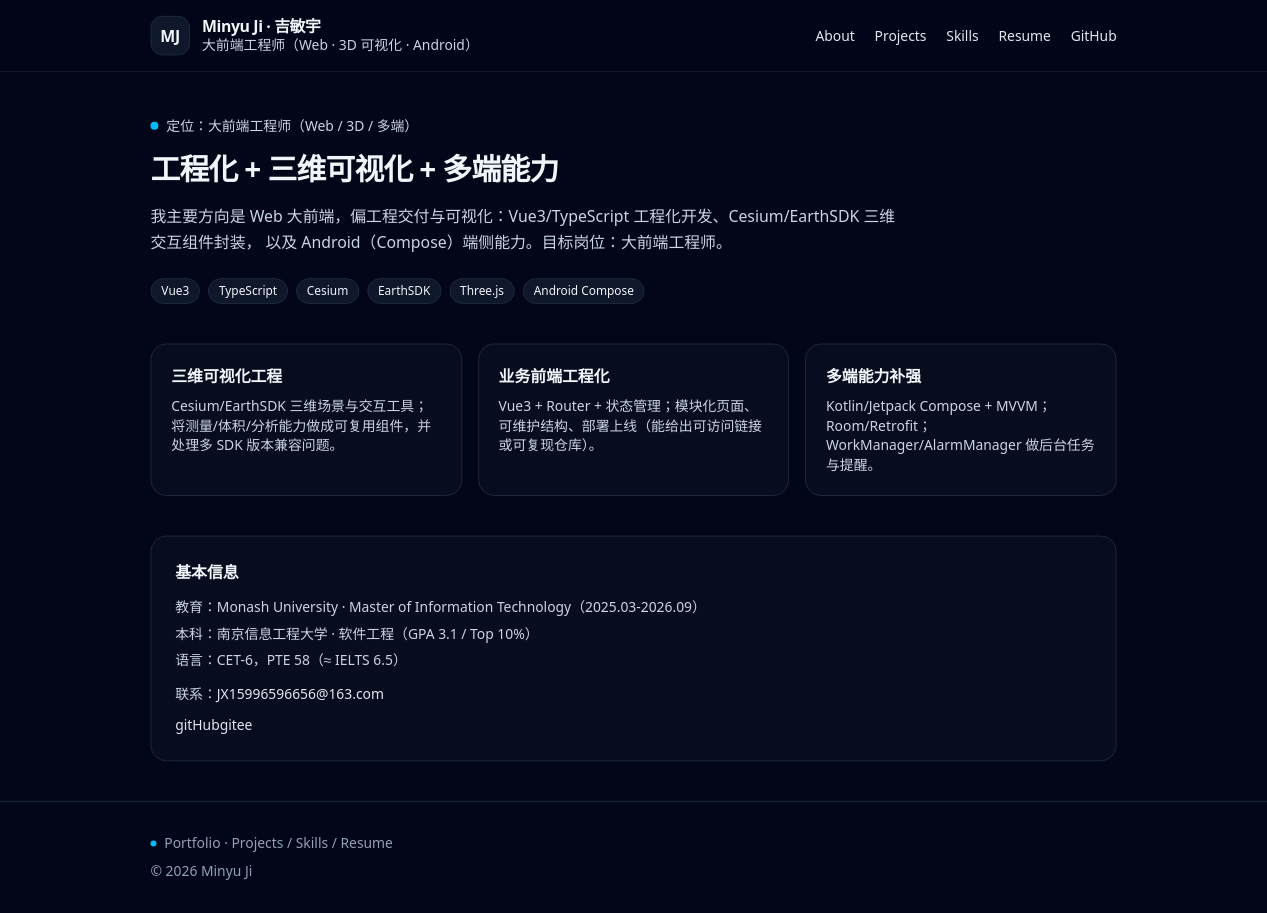
Repository: Andrew-JX/mj-portfolio
Page: /
These files come from the project's save history. The page is drawn as it stood at one moment and after the next save; the edit follows.
The browser window is 1280 px wide. The pictures show the whole page, at 99% of full size.
The project was rebuilt for these pictures with package versions that can differ from the ones it lists, and the page was loaded fresh each time. Also part of the build but not shown: vite.config.ts, src/data/projects.ts, src/pages/ProjectsPage.vue, src/pages/ProjectDetailPage.vue, src/pages/SkillsPage.vue, src/pages/ResumePage.vue.

Above is the page before, as saved 2026-01-06 22:04:31.

After the next save:
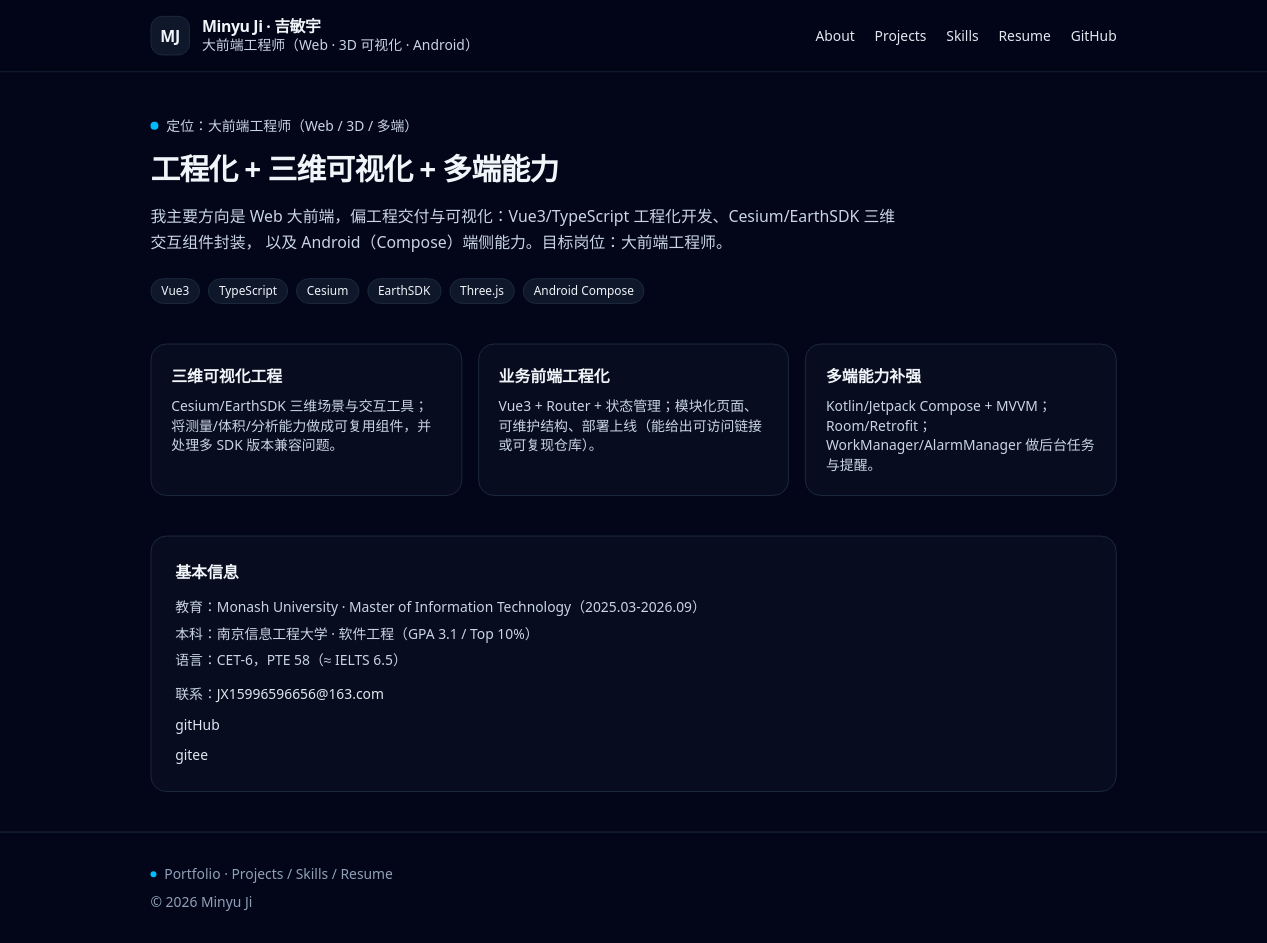
Saved 18 s later.
--- a/src/pages/AboutPage.vue
+++ b/src/pages/AboutPage.vue
@@ -59,8 +59,9 @@
           <div class="pt-2">
             <a class="text-slate-300 hover:text-white" href="https://github.com/Andrew-JX/" target="_blank"
               rel="noreferrer">gitHub</a>
-            <a class="text-slate-300 hover:text-white" href="https://gitee.com/ji-minyu" target="_blank"
-              rel="noreferrer">gitee</a>
+            <div class="pt-2"><a class="text-slate-300 hover:text-white" href="https://gitee.com/ji-minyu"
+                target="_blank" rel="noreferrer">gitee</a></div>
+
           </div>
         </div>
       </div>
